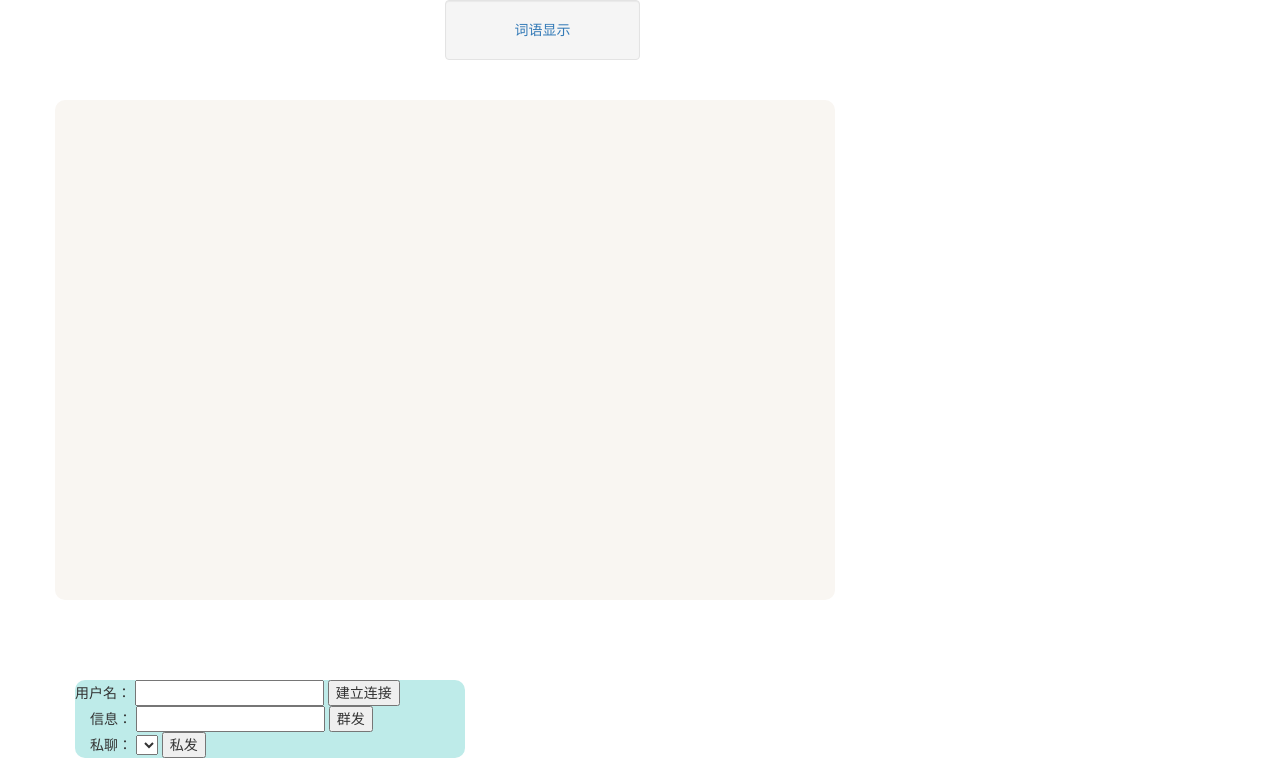
Repository: eheihaha2/whoisthespy-
Page: webDemo/WebContent/room.html
The author's editor kept a copy of each file at every save. The page is drawn from the files as they stood at one save, then again after the next save.
The browser window is 1280 px wide. The pictures show the whole page.

Above is the page before, as saved 2020-02-26 01:54:56.

### webDemo/WebContent/room.html
<!DOCTYPE html>
<html>
<head>
	<script type="text/javascript" src="js/jquery-1.11.0.min.js"></script>
<script type="text/javascript" src="js/bootstrap.js"></script>
<link rel="stylesheet" href="css/bootstrap.css">
<style type="text/css">
	.show{
			margin-right:0;
			background-color:#f9f6f2;
			height: 500px;
			margin-top:20px;
			border-radius: 10px;
		}
		.mss{
			background-color:#beebe9;
			margin-left:20px;;
			margin-top:80px;
			border-radius: 10px;
		}
}
</style>
	<title></title>
</head>
<body>
	<div class="container">
	<div class="row">
		<div class="well text-center text-primary col-md-2 	col-sm-2 col-md-offset-4">词语显示</div>
	</div>
		<div class="row">
			<div class="col-md-8 col-sm-8 show">
				<div class="info">
				<span class="name"></span>
				<span class="msg"></span>
				</div>
      			<h4 class="userinfo"></h4>
     		</div>
     		<div class="col-md-4 col-sm-4 mss">
     			<div class="row">
				<span>用户名：</span>
      			<input type="text" name="username"/>
     			<button id="connBtn">建立连接</button><br />
     			</div>
			<span>信息：</span>
     		<input type="text" name="info"/>
      		<button id="subBtnAll">群发</button><br />
			<span>私聊：</span>
     		<select id="userList">
			</select>
			<button id="subBtn">私发</button>
			</div>
		</div>
	</div>
</body>
<script type="text/javascript">
	var ws=null;
	var username=null;
	var url="ws://localhost:8080/webDemo/chatRoom/";
		// 后续的消息添加都是用其做二次克隆
      	var info = $(".info").clone();
		//点击建立连接的按钮
      	$("#connBtn").on("click",function(){
      		if("WebSocket" in window){
      			username = $("input[name='username']").val();
      			ws = new WebSocket(url+username);
      			//有了webSocket连接对象之后，我就开始监听消息
      			//服务器端的所有消息都会来到这
      			ws.onmessage = function(evt){
      				var received_msg = evt.data;
      				var jsonReceive_msg = JSON.parse(received_msg);
      				var head = jsonReceive_msg.head;//获得服务器数据，解析数据获得数据类型
      				var data =jsonReceive_msg.data;//真正的data所在
      				switch (head) {
      					case "sendAll":
      					sendAll(data);
      						break;
      					case "sendTo":
      					sendTo(data);
      						break;
      					case "onLine":
      					onLine(data);
      						break;
      					case "userList":
      					userList(data);
      						break;
      					default:
      						break;
      				}
      			}
      		}else{
      			alert("您的浏览器不支持 WebSocket!");
      		}
      	})

      	//细节定义每种功能的数据接口
      	//构建JSON格式发送给服务器：{from:来自谁,msg:消息本身}
      	function sendAll(data){
      		var infoDiv = info.clone();//这个就是我要渲染的dom节点
      		//用于把从服务器端获得的JSON字符串的data解析为原生JS值
      		//var jsonData=JSON.parse(data);
      		infoDiv.find(".name").text("来自于："+data.from+"(群发)");
      		infoDiv.find(".msg").text(data.msg);
      		$(".info").parent().append(infoDiv);
      	}
      	// 构建JSON格式发送给服务器：{from:来自谁,msg:消息本身}
      	function sendTo(data){
      		var infoDiv = info.clone();//这个就是我要渲染的dom节点
      		infoDiv.find(".name").text("来自于："+data.from+"(私发)");
      		infoDiv.find(".msg").text(data.msg);
      		$(".info").parent().append(infoDiv);
      	}
      	// 构建JSON格式发送给服务器：{name:上线人姓名}
      	function onLine(data){
      	//$(".userinfo").empty();
      	console.log(data);
      	$(".userinfo").append("【"+data.name+"上线了】");
      	}
      	// 构建JSON格式发送给服务器：[用户1,用户2]
      	function userList(data){
      		$("#userList").empty();
      		var jsonData=JSON.parse(data);
      		$("#userList").append("<option>请选择</option>");
      		$.each(jsonData,function(index,item){
      			$("#userList").append("<option value="+item+">"+item+"</option>");
      		})
      	}

      	//点击群发按钮
      	$("#subBtnAll").on("click",function(){
      		//var sentName = $("input[name='username']").val();
      		var msg = $("input[name='info']").val();
      		console.log(msg);
      		var jsonMsg={
      			"head":"sendAll",
      			"data":msg
      			//"from":sentName,
      			//"msg":msg
      		}
      		console.log(jsonMsg);
      		//var subAllEnd =JSON.stringify(jsonMsg);
      		ws.send(JSON.stringify(jsonMsg));
      	})
      	//点击私发按钮
      	$("#subBtn").on("click",function(){
      		var msg=$("input[name=info]").val();
      		var toUser=$("#userList").val();
      		console.log(toUser);
      		var jsonMsg={
      			"head":"sendTo",
      			"data":{
      				"to":toUser,
      				"msg":msg
      			}
      		}
      		console.log(jsonMsg);
      		ws.send(JSON.stringify(jsonMsg));
      	})
</script>
</html>

Loaded but not shown: webDemo/WebContent/js/jquery-1.11.0.min.js (library); webDemo/WebContent/js/bootstrap.js (library); webDemo/WebContent/css/bootstrap.css (library)

After the next save:
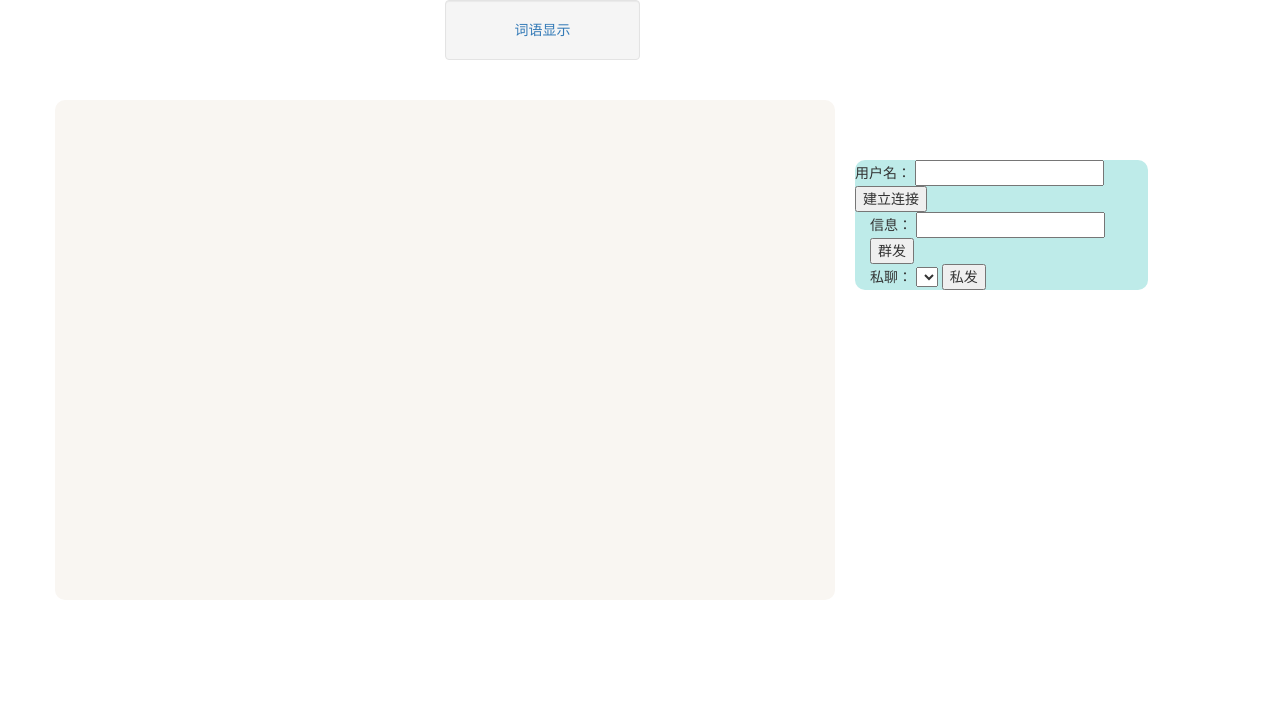
Saved 14 s later.
--- a/webDemo/WebContent/room.html
+++ b/webDemo/WebContent/room.html
@@ -35,7 +35,7 @@
 				</div>
       			<h4 class="userinfo"></h4>
      		</div>
-     		<div class="col-md-4 col-sm-4 mss">
+     		<div class="col-md-3 col-sm-3 mss">
      			<div class="row">
 				<span>用户名：</span>
       			<input type="text" name="username"/>
